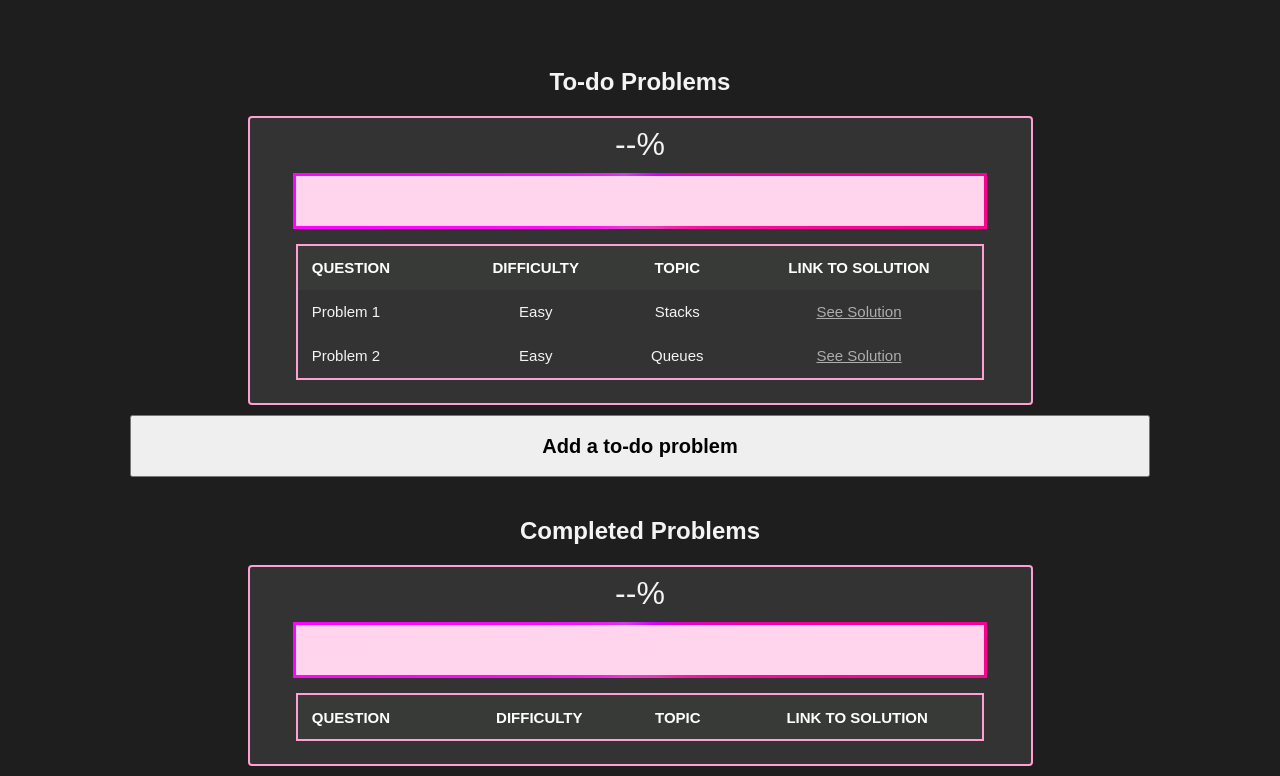
Repository: bbrockbrown/leet-code-tracker
Page: index.html
An editor plug-in stored every save of this project. The page is shown before and after the next save, followed by the edit.
The browser window is 1280 px wide. The pictures show the whole page.

Above is the page before, as saved 2024-07-30 21:29:05.

### index.html
<!DOCTYPE html>
<html lang="en">
<head>
    <meta charset="UTF-8">
    <meta name="viewport" content="width=device-width, initial-scale=1.0">
    <link rel="stylesheet" href="styles.css">
    <script>src="script.js"</script>
    <title>Document</title>
</head>
<body>
    <div class="main">
        <h1 id="header">Leet Code Problem Tracker</h1>
    </div>

    <div class="tracking-container">
        <div class="tracking-box">
            <h2 class="tracking-title">To-do Problems</h2>
            <div class="todo-tracking">
                <div class="todo-percent">--%</div>
                <div class="progressbar" id="todo-bar"> <!--% Container for progressbar --> </div>
                <table>
                    <tbody>
                        <tr>
                            <th>Question</th>
                            <th>Difficulty</th>
                            <th>Topic</th>
                            <th>Link to Solution</th>
                        </tr>
                        <tr>
                            <td>Problem 1</td>
                            <td class="easy-prob">Easy</td>
                            <td class="topic">Stacks</td>
                            <td class="solution"><a href="">See Solution</a></td>
                        </tr>
                        <tr>
                            <td>Problem 2</td>
                            <td class="easy-prob">Easy</td>
                            <td class="topic">Queues</td>
                            <td class="solution"><a href="">See Solution</a></td>
                        </tr>
                    </tbody>
                </table>
            </div>
            <button id="add-problem-button"><h2>Add a to-do problem</h2></button>
        </div>

        <div class="tracking-box">
            <h2 class="tracking-title">Completed Problems</h2>
            <div class="completed-tracking">
                <div class="completed-percent">--%</div>
                <div class="progressbar" id="completed-bar"> <!--% Container for progressbar --> </div>
                <table>
                    <tbody>
                        <tr>
                            <th>Question</th>
                            <th>Difficulty</th>
                            <th>Topic</th>
                            <th>Link to Solution</th>
                        </tr>
                        <!-- Completed problems rows go here -->
                    </tbody>
                </table>
            </div>
        </div>
    </div>

    <div class="footer">
        <!-- Placeholder!!! -->
    </div>
</body>
</html>

### styles.css
:root {
    --tracking-border-color: rgb(255, 159, 213);
}

@keyframes rotate {
	to {
		--angle: 360deg;
	}
}

@property --angle {
  syntax: '<angle>';
  initial-value: 0deg;
  inherits: false;
}

html, body {
    height: 100%;
    display: flex;
    flex-direction: column;
  }

head {
    display: none;
}

body {
    font-family: Arial, sans-serif;
    background: #1e1e1e;
    margin: 0;
    padding: 0;
    color: #f4f4f4;
    overflow: hidden;
    font-size: 90%;
}

.main {
    text-align: center;
    padding: 24px;
    overflow: hidden;
}

#header {
    font-size: 48px;
    overflow: hidden;
}

.tracking-titles {
    display: flex;
    padding: 8px;
    justify-content: space-around;
}

.tracking-container {
    display: flex;
    flex-flow: row wrap;
    align-items: flex-start;
    justify-content: space-evenly;
    height: 100%;
}

.tracking-box {
    display: flex;
    flex-flow: column nowrap;
    text-align: center;
    margin-bottom: 20px;
}

.tracking-title {
    font-size: 24px;
    margin-bottom: 10px;
    color: #f4f4f4;
}

.todo-tracking, .completed-tracking {
    border: 2px solid var(--tracking-border-color);
    border-radius: 4px;
    font-size: 32px;
    text-align: center;
    box-shadow: 8px rgb(255, 159, 213, 0.8);
    height: 100%;
    width: 1000px;
    padding: 8px;
    background-color: #333;
    margin: 10px auto;
    display: inline-block;
    max-width: 75%;
    max-height: 85%;
    overflow-y: auto;
    color: #f4f4f4;
}

.todo-tracking:hover, .completed-tracking:hover {
    filter: brightness(85%);
}

/* progress bar fills more as more complete */
.progressbar {
    width: 90%;
    height: 50px;
    border-radius: 8px;
    background-color: rgb(255, 212, 236);
    margin: 10px auto;
    --angle: 0deg;
    /* FOR FUTURE: make it so user can change border gradient */
    --very-pink: rgb(249, 0, 141);
    --pink: rgb(233, 58, 183);
    --pinkish-purple: rgb(233, 58, 210);
    --magenta: magenta;
    --purple: rgb(213, 58, 233);
    --very-purple: rgb(212, 0, 255);
	border: 3px solid;
	border-image: conic-gradient(from var(--angle), var(--very-pink), var(--pink), var(--pinkish-purple), var(--magenta), var(--purple), var(--very-purple), var(--very-pink)) 1;
	animation: 4s rotate linear infinite;
}

table {
    width: 90%;
    display: table;
    margin: 15px auto;
    border-collapse: collapse;
    transition: box-shadow 0.3s ease-in-out;
    border: 2px solid var(--tracking-border-color);
    border-radius: 10px;
    box-shadow: #1e1e1e;
}

tbody {
    display: table-row-group;
    vertical-align: middle;
    unicode-bidi: isolate;
    border-color: inherit;
    font-size: 15px;
}

tr {
    display: table-row;
    vertical-align: inherit;
    unicode-bidi: isolate;
    border-color: inherit;
}

th {
    color: white;
    text-transform: uppercase;
    background-color: #373a37;
}

th:first-child, td:first-child {
    text-align: left;
}

th, td {
    padding: 8px 14px;
    transition: background-color 0.5s;
    height: 28px;
    border: 0px;
    white-space: nowrap;
}

a {
    text-decoration:underline;
    color: inherit;
}

a:visited {
    color: rgb(173, 173, 173);
}

After the next save:
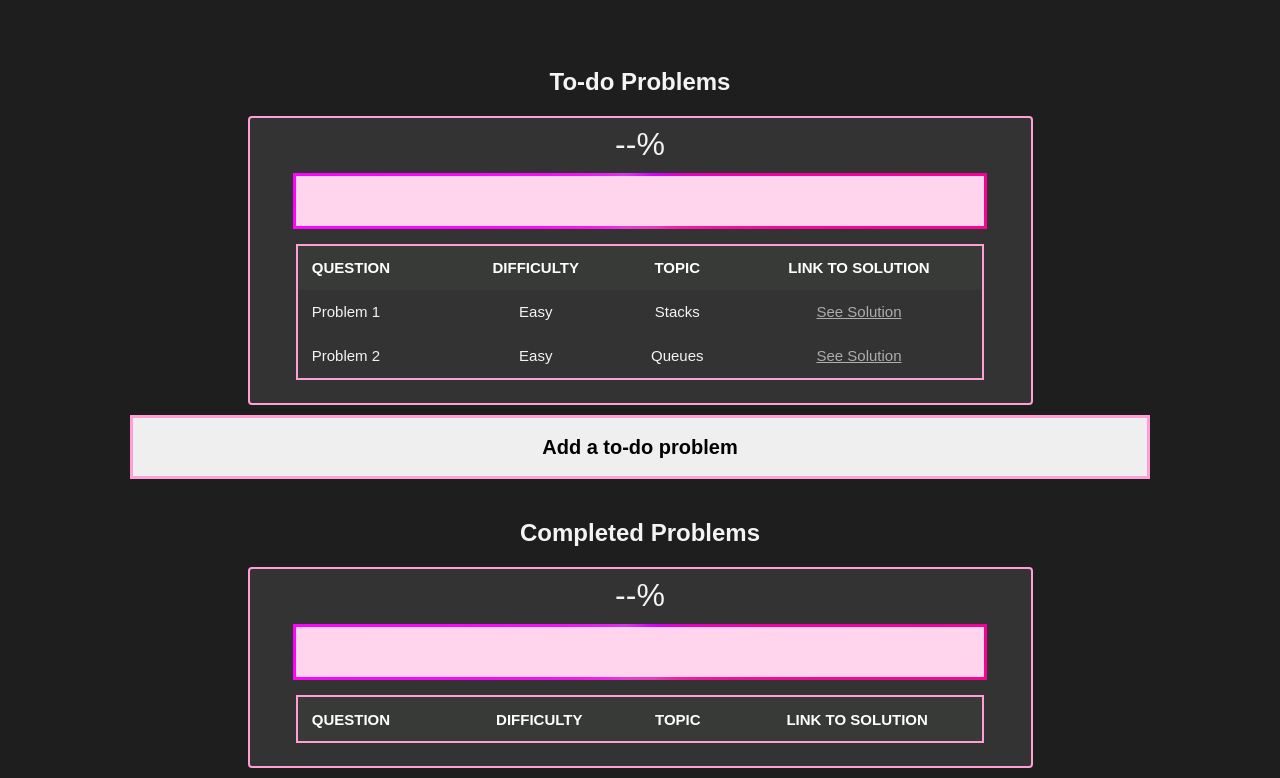
Saved 48 s later.
--- a/styles.css
+++ b/styles.css
@@ -166,3 +166,8 @@ a {
 a:visited {
     color: rgb(173, 173, 173);
 }
+
+button {
+    border: 3px solid var(--tracking-border-color);
+    border-radius: inherit;
+}
